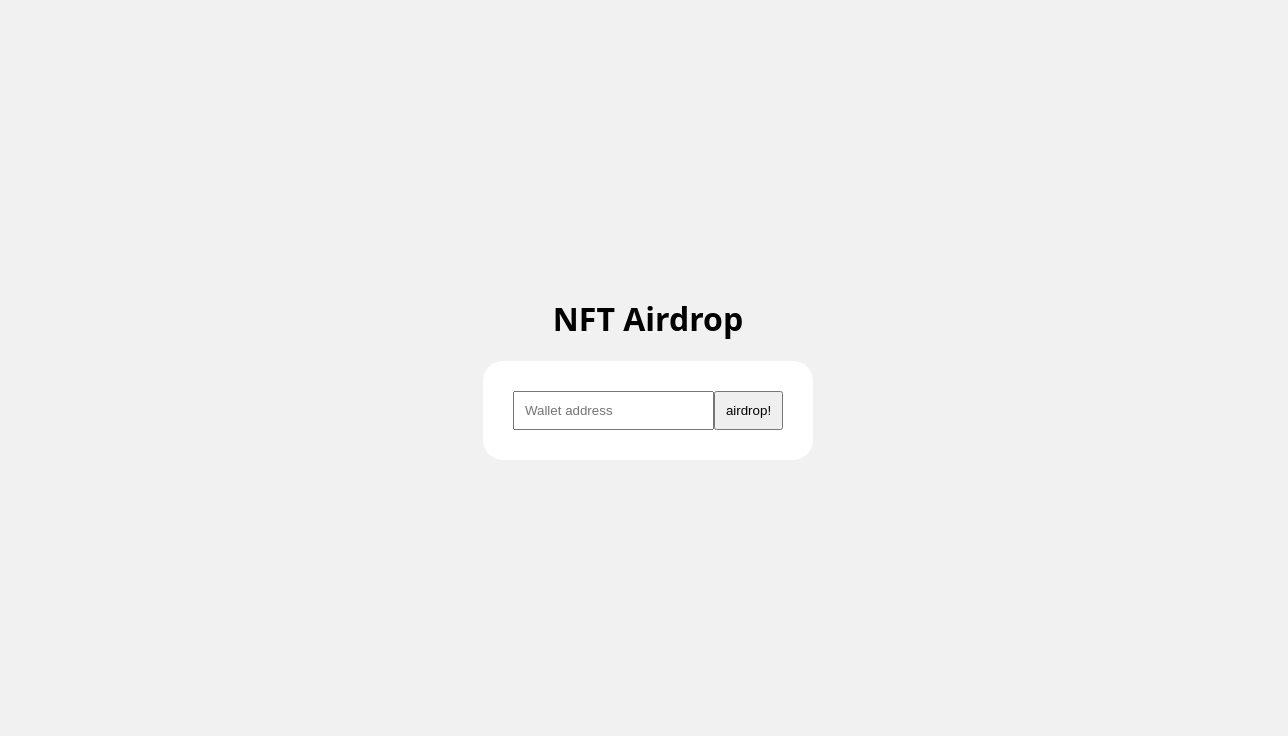
Repository: langf00rd/nft-airdropper
Page: /
An editor plug-in stored every save of this project. The page is shown before and after a run of saves, followed by the edit.
The browser window is 1280 px wide. The page is 1288 px wide, so the pictures cover 1288 px, including what lies to the right of the window. The pictures show the whole page.
The project was rebuilt for these pictures with package versions that can differ from the ones it lists, and the page was loaded fresh each time.

Above is the page before, as saved 2022-07-15 17:17:21.

### src/index.css
body {
  font-family: system-ui, -apple-system, BlinkMacSystemFont, 'Segoe UI', Roboto, Oxygen, Ubuntu, Cantarell, 'Open Sans', 'Helvetica Neue', sans-serif;
  background: #f1f1f1;
}

main {
  width: 100vw;
  height: 100vh;
  display: flex;
  align-items: center;
  justify-content: center;
  flex-direction: column;
}

.content {
  background: #fff;
  max-width: 500px;
  padding: 30px;
  border-radius: 20px;
}

input,
button {
  /* height: 30px; */
  padding: 10px;
}

### src/App.js
import './App.css';

function App() {
  return (
    <div className="App">
      <main>
        <h1>NFT Airdrop</h1>
        <div className='content'>
          <div>
            <input placeholder='Wallet address' />
            <button>airdrop!</button>
          </div>
        </div>
      </main>
    </div >
  );
}

export default App;

Loaded but not shown: public/index.html (common file); src/index.js (common file); src/reportWebVitals.js (common file); src/App.css (common file)

After the next 2 saves:
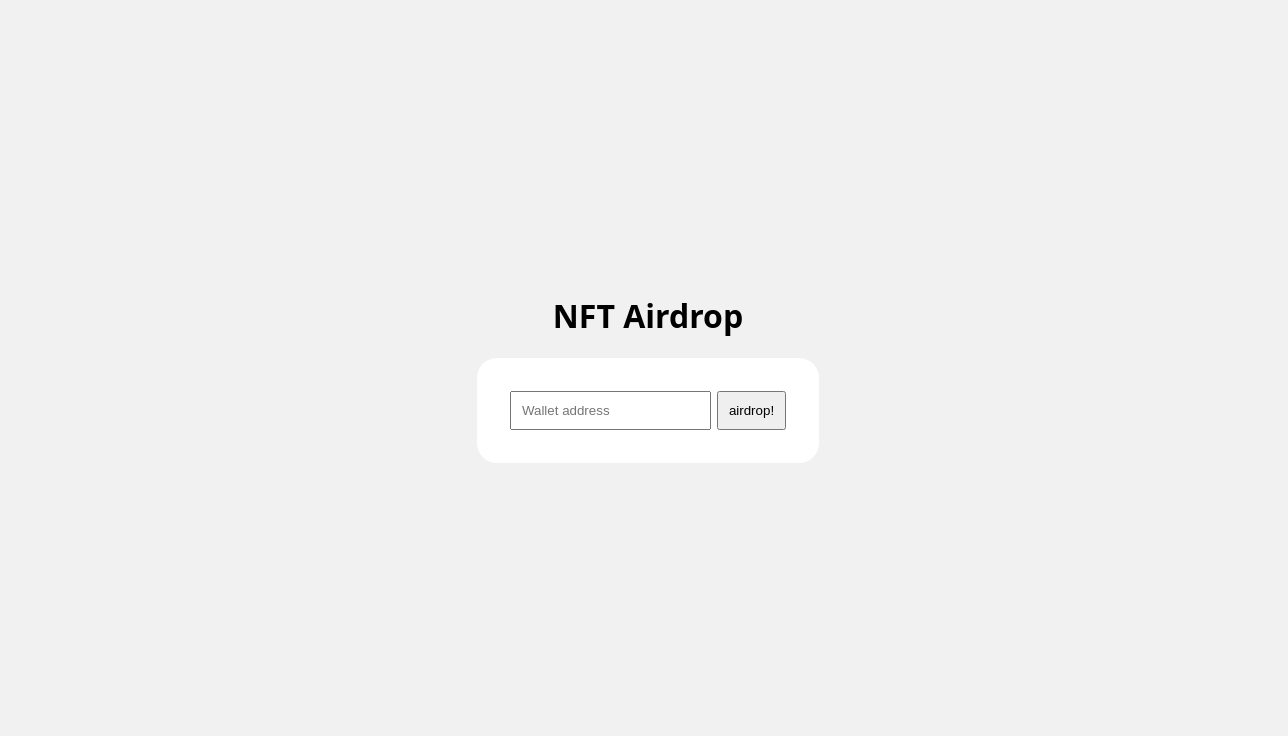
The 2 saves are shown as one change because they came seconds apart.
The last was saved 30 s later.
--- a/src/index.css
+++ b/src/index.css
@@ -21,6 +21,6 @@ main {
 
 input,
 button {
-  /* height: 30px; */
   padding: 10px;
+  margin: 3px;
 }
